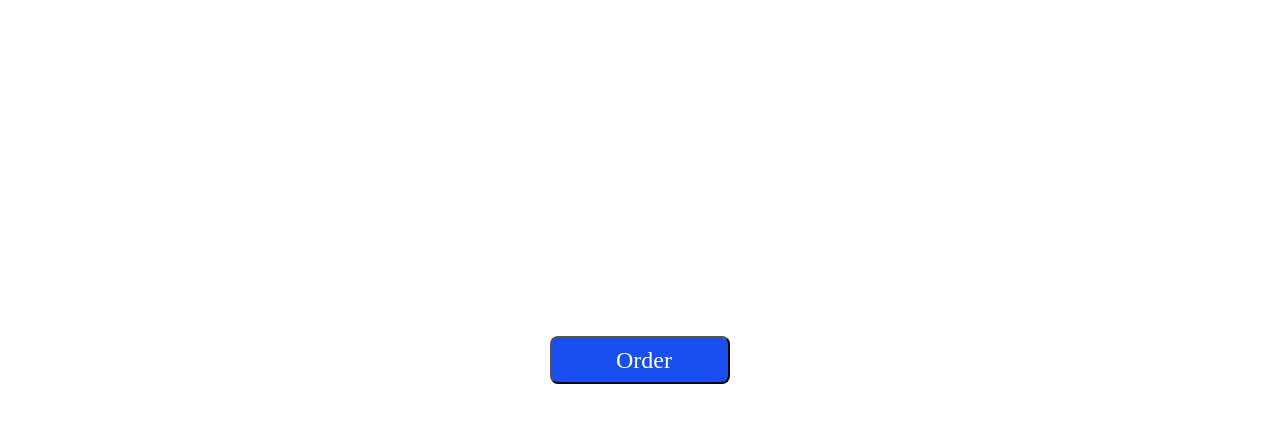
Repository: hjubsoni/hex-ocean-task
Page: /
The author's editor kept a copy of each file at every save. The page is drawn from the files as they stood at one save, then again after the next save.
The browser window is 1280 px wide. The pictures show the whole page.
The project was rebuilt for these pictures with package versions that can differ from the ones it lists, and the page was loaded fresh each time. Also part of the build but not shown: vite.config.ts.

Above is the page before, as saved 2023-03-20 21:32:31.

### index.html
<!DOCTYPE html>
<html lang="en">
  <head>
    <meta charset="UTF-8" />
    <link rel="icon" type="image/svg+xml" href="/vite.svg" />
    <meta
      name="viewport"
      content="width=device-width, initial-scale=1.0"
    />
    <title>Vite + React + TS</title>
  </head>
  <body>
    <div id="root"></div>
    <script type="module" src="/src/main.tsx"></script>
  </body>
</html>

### src/App.tsx
import './App.css';
import { ShoppingBag } from 'react-feather';

function App() {
  return (
    <div className="wrapper">
      <button className="order-button">
        <div className="icon-wrapper">
          <span className="icon">
            <ShoppingBag />
          </span>
        </div>
        <span className="order-button-text">Order</span>
      </button>
    </div>
  );
}

export default App;

### src/index.css
*,
*::before,
*::after {
  box-sizing: border-box;
}

* {
  margin: 0;
}

html,
body,
#root {
  height: 100%;
}

body {
  line-height: 1.5;
  -webkit-font-smoothing: antialiased;
}

img,
picture,
video,
canvas,
svg {
  display: block;
  max-width: 100%;
}

input,
button,
textarea,
select {
  font: inherit;
}

p,
h1,
h2,
h3,
h4,
h5,
h6 {
  overflow-wrap: break-word;
}

#root,
#__next {
  isolation: isolate;
}

### src/App.css
.wrapper {
  height: 100%;
  display: flex;
  justify-content: center;
  align-items: center;
}

.order-button {
  display: flex;
  width: 180px;
  align-items: center;
  padding: 4px 8px;
  gap: 8px;
  border-radius: 8px;
  background: #184fee;
  cursor: pointer;
}

.order-button-text {
  font-size: 1.5rem;
  color: white;
  margin-left: auto;
  margin-right: auto;
}

.icon-wrapper {
  background-color: #275efe;
  animation-duration: 2s;
  position: relative;
}

.icon {
  position: absolute;
  top: 2px;
}

.order-button:hover > .icon-wrapper {
  animation-name: bounce;
  animation-timing-function: cubic-bezier(0.28, 0.84, 0.42, 1);
}
@keyframes bounce {
  0% {
    transform: scale(1, 1) translateY(0);
  }
  10% {
    transform: scale(1.1, 0.9) translateY(0);
  }
  30% {
    transform: scale(0.9, 1.1) translateY(-7px);
  }
  50% {
    transform: scale(1.05, 0.95) translateY(0);
  }
  57% {
    transform: scale(1, 1) translateY(-2px);
  }
  64% {
    transform: scale(1, 1) translateY(0);
  }
  100% {
    transform: scale(1, 1) translateY(0);
  }
}

Loaded but not shown: src/main.tsx (common file)

After the next save:
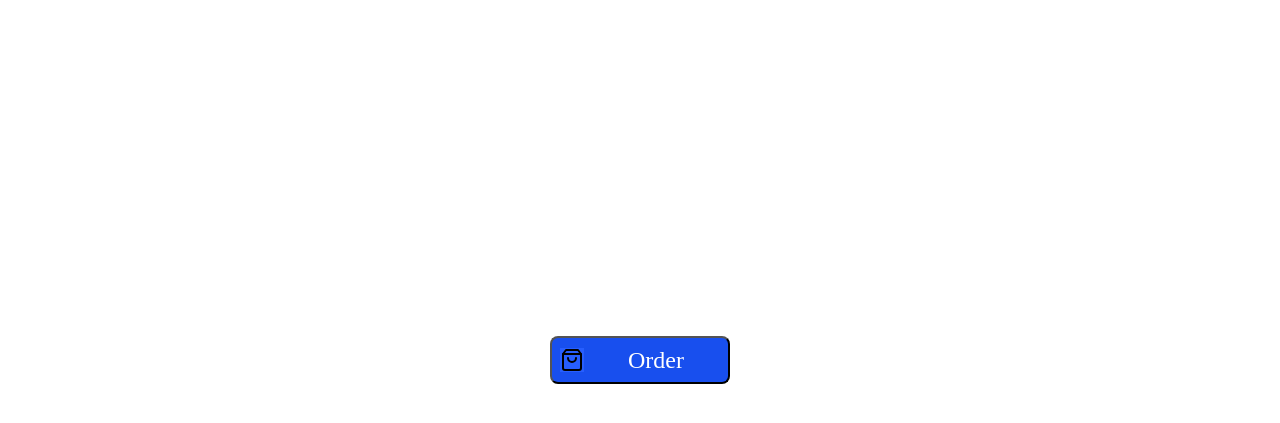
Saved 19 s later.
--- a/src/App.css
+++ b/src/App.css
@@ -30,8 +30,6 @@
 }
 
 .icon {
-  position: absolute;
-  top: 2px;
 }
 
 .order-button:hover > .icon-wrapper {

After the save that followed:
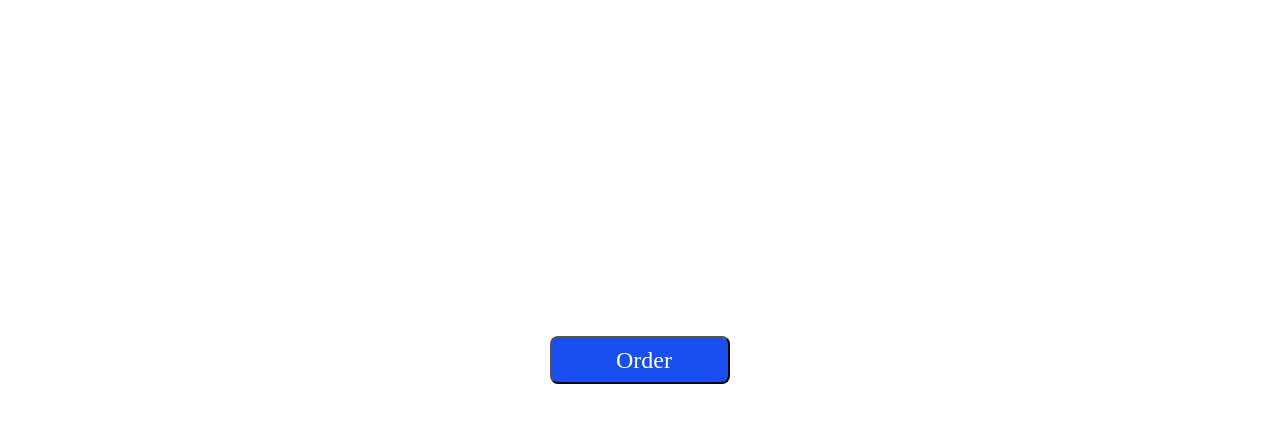
Saved 9 s later.
--- a/src/App.css
+++ b/src/App.css
@@ -30,6 +30,7 @@
 }
 
 .icon {
+  position: absolute;
 }
 
 .order-button:hover > .icon-wrapper {
